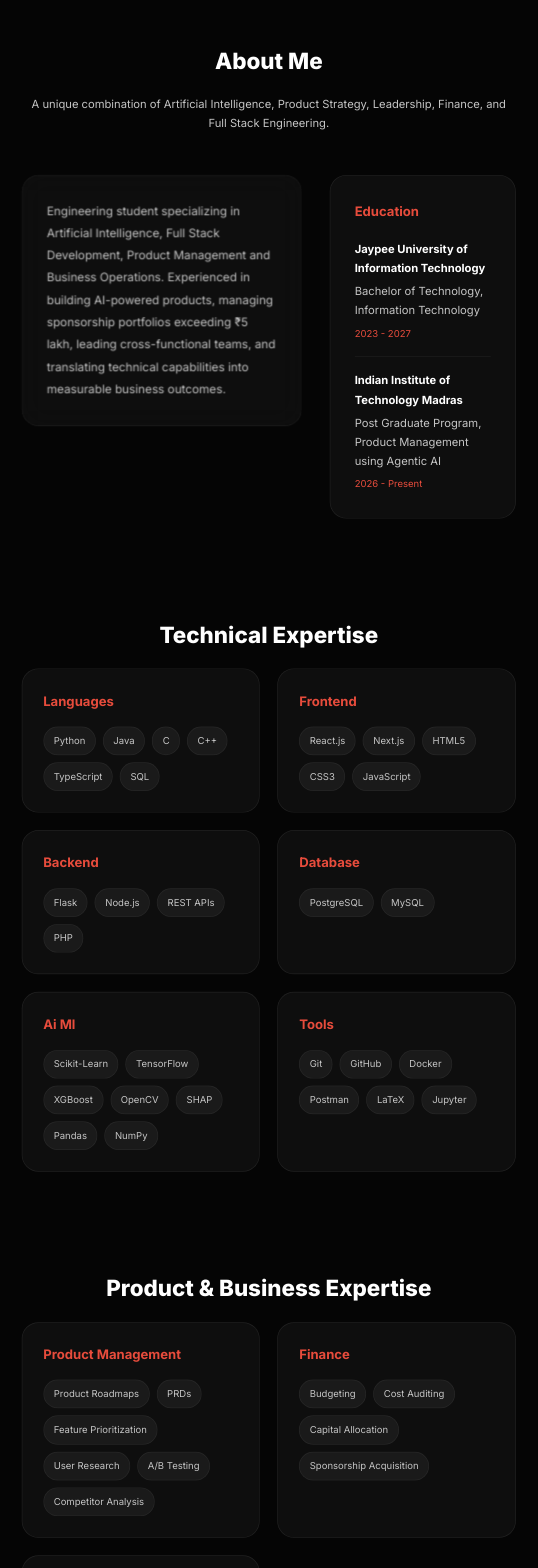
Repository: PratapOP/Official_Portfolio
Page: http://localhost/
These files come from the project's save history. The page is drawn as it stood at one moment and after the next save; the edit follows.
The browser window is 768 px wide. The pictures show the part of the page from y = 3007 to 5247 px (the page is 10088 px tall before and 10494 px after), at 70% of full size.
The page is run by PHP 8.4 with error messages shown; the project is at /var/www/html/.

Above is the page before, as saved 2026-06-08 14:28:23.

### index.php
<?php

$pageTitle = "Abhiuday Pratap Singh | AI Engineer | Product Strategist";

require_once 'includes/header.php';

$data = getPortfolio();

?>

<?php include 'includes/navbar.php'; ?>

<!-- =====================================================
 HERO SECTION
===================================================== -->

<section
    class="hero-section"
    id="home">

    <!-- Background Effects -->

    <div class="hero-grid"></div>

    <canvas
        id="particle-canvas">
    </canvas>

    <!-- Floating Glow -->

    <div class="hero-glow hero-glow-1"></div>
    <div class="hero-glow hero-glow-2"></div>

    <div class="hero-container">

        <!-- Left Content -->

        <div class="hero-content">

            <span class="hero-badge">

                AVAILABLE FOR INTERNSHIPS & OPPORTUNITIES

            </span>

            <h1 class="hero-title">

                Hi, I'm

                <span class="hero-name">
                    <?= htmlspecialchars($data['personal']['name']) ?>
                </span>

            </h1>

            <h2 class="hero-role">

                <span id="typewriter"></span>

                <span class="cursor-blink">|</span>

            </h2>

            <p class="hero-description">

                <?= htmlspecialchars($data['about']['summary']) ?>

            </p>

            <!-- CTA Buttons -->

            <div class="hero-actions">

                <a
                    href="#projects"
                    class="primary-btn">

                    Explore Projects

                </a>

                <a
                    href="#resume-hub"
                    class="secondary-btn">

                    Download Resume

                </a>

            </div>

            <!-- Social Links -->

            <div class="hero-socials">

                <a
                    href="<?= $data['socials']['github'] ?>"
                    target="_blank">

                    <i class="fab fa-github"></i>

                </a>

                <a
                    href="<?= $data['socials']['linkedin'] ?>"
                    target="_blank">

                    <i class="fab fa-linkedin"></i>

                </a>

                <a
                    href="<?= $data['socials']['leetcode'] ?>"
                    target="_blank">

                    <i class="fas fa-code"></i>

                </a>

            </div>

        </div>

        <!-- Right Side -->

        <div class="hero-image-container">

            <div class="hero-image-card">

                <img
                    src="<?= $data['personal']['profile_image'] ?>"
                    alt="<?= htmlspecialchars($data['personal']['name']) ?>"
                    class="hero-image">

            </div>

        </div>

    </div>

</section>

<!-- =====================================================
 RECRUITER VIEW SECTION
===================================================== -->

<section class="recruiter-view-section">

    <div class="section-container">

        <h2 class="section-heading">

            Choose Your View

        </h2>

        <p class="section-subheading">

            Different recruiters seek different strengths.
            Choose the perspective most relevant to you.

        </p>

        <div class="view-grid">

            <?php foreach ($data['recruiter_views'] as $key => $view): ?>

                <div
                    class="view-card"
                    data-view="<?= $key ?>">

                    <h3>

                        <?= htmlspecialchars($view['title']) ?>

                    </h3>

                    <p>

                        <?= htmlspecialchars($view['description']) ?>

                    </p>

                </div>

            <?php endforeach; ?>

        </div>

    </div>

</section>

<!-- =====================================================
 IMPACT METRICS
===================================================== -->

<section
    class="impact-preview"
    id="impact">

    <div class="section-container">

        <div class="impact-grid">

            <?php foreach ($data['hero_stats'] as $stat): ?>

                <div class="impact-card">

                    <h3>

                        <?= htmlspecialchars($stat['value']) ?>

                    </h3>

                    <p>

                        <?= htmlspecialchars($stat['label']) ?>

                    </p>

                </div>

            <?php endforeach; ?>

        </div>

    </div>

</section>

<!-- =====================================================
 ABOUT
===================================================== -->

<section id="about">

    <div class="section-container">

        <h2 class="section-heading">

            About Me

        </h2>

        <p class="section-subheading">

            A unique combination of Artificial Intelligence,
            Product Strategy, Leadership, Finance, and
            Full Stack Engineering.

        </p>

        <div class="about-grid">

            <div class="about-content">

                <p>

                    <?= htmlspecialchars(
                        $data['about']['summary']
                    ) ?>

                </p>

            </div>

            <div class="education-card">

                <h3>Education</h3>

                <?php foreach($data['education'] as $edu): ?>

                    <div class="education-item">

                        <h4>

                            <?= htmlspecialchars(
                                $edu['institution']
                            ) ?>

                        </h4>

                        <p>

                            <?= htmlspecialchars(
                                $edu['degree']
                            ) ?>

                        </p>

                        <span>

                            <?= htmlspecialchars(
                                $edu['duration']
                            ) ?>

                        </span>

                    </div>

                <?php endforeach; ?>

            </div>

        </div>

    </div>

</section>

<!-- =====================================================
 TECHNICAL SKILLS
===================================================== -->

<section id="technical-skills">

    <div class="section-container">

        <h2 class="section-heading">

            Technical Expertise

        </h2>

        <div class="skills-grid">

            <?php foreach($data['technical_skills'] as $category => $skills): ?>

                <div
                    class="skill-card recruiter-technical">

                    <h3>

                        <?= ucwords(
                            str_replace(
                                "_",
                                " ",
                                $category
                            )
                        ) ?>

                    </h3>

                    <div class="skill-tags">

                        <?php foreach($skills as $skill): ?>

                            <span>

                                <?= htmlspecialchars(
                                    $skill
                                ) ?>

                            </span>

                        <?php endforeach; ?>

                    </div>

                </div>

            <?php endforeach; ?>

        </div>

    </div>

</section>

<!-- =====================================================
 PRODUCT SKILLS
===================================================== -->

<section id="business-skills">

    <div class="section-container">

        <h2 class="section-heading">

            Product & Business Expertise

        </h2>

        <div class="skills-grid">

            <?php foreach($data['business_skills'] as $category => $skills): ?>

                <div
                    class="skill-card recruiter-product">

                    <h3>

                        <?= ucwords(
                            str_replace(
                                "_",
                                " ",
                                $category
                            )
                        ) ?>

                    </h3>

                    <div class="skill-tags">

                        <?php foreach($skills as $skill): ?>

                            <span>

                                <?= htmlspecialchars(
                                    $skill
                                ) ?>

                            </span>

                        <?php endforeach; ?>

                    </div>

                </div>

            <?php endforeach; ?>

        </div>

    </div>

</section>

<!-- =====================================================
 PROJECTS
===================================================== -->

<section id="projects">

    <div class="section-container">

        <h2 class="section-heading">

            Featured Projects

        </h2>

        <p class="section-subheading">

            Engineering products with measurable
            business and technical impact.

        </p>

        <div class="projects-grid">

            <?php foreach($data['featured_projects'] as $project): ?>

                <div class="project-card">

                    <div class="project-image">

                        <img
                            src="<?= $project['image'] ?>"
                            alt="<?= htmlspecialchars(
                                $project['title']
                            ) ?>">

                    </div>

                    <div class="project-content">

                        <span class="project-category">

                            <?= htmlspecialchars(
                                $project['category']
                            ) ?>

                        </span>

                        <h3>

                            <?= htmlspecialchars(
                                $project['title']
                            ) ?>

                        </h3>

                        <p>

                            <?= htmlspecialchars(
                                $project['description']
                            ) ?>

                        </p>

                        <a
                            href="<?= $project['github'] ?>"
                            target="_blank"
                            class="project-btn">

                            View Project

                        </a>

                    </div>

                </div>

            <?php endforeach; ?>

        </div>

    </div>

</section>

<!-- =====================================================
 LEADERSHIP
===================================================== -->

<section id="leadership">

    <div class="section-container">

        <h2 class="section-heading">

            Leadership & Impact

        </h2>

        <div class="leadership-card">

            <h3>

                <?= htmlspecialchars(
                    $data['leadership']['position']
                ) ?>

            </h3>

            <h4>

                <?= htmlspecialchars(
                    $data['leadership']['organization']
                ) ?>

            </h4>

            <span>

                <?= htmlspecialchars(
                    $data['leadership']['duration']
                ) ?>

            </span>

            <ul>

                <?php foreach(
                    $data['leadership']['highlights']
                    as $item
                ): ?>

                    <li>

                        <?= htmlspecialchars(
                            $item
                        ) ?>

                    </li>

                <?php endforeach; ?>

            </ul>

        </div>

    </div>

</section>

<!-- =====================================================
 RESUME HUB
===================================================== -->

<section id="resume-hub">

    <div class="section-container">

        <h2 class="section-heading">

            Resume Hub

        </h2>

        <div class="resume-grid">

            <?php foreach($data['resumes'] as $resume): ?>

                <a
                    href="<?= $resume['file'] ?>"
                    target="_blank"
                    class="resume-card">

                    <i class="fa-solid fa-file-pdf"></i>

                    <h3>

                        <?= htmlspecialchars(
                            $resume['title']
                        ) ?>

                    </h3>

                </a>

            <?php endforeach; ?>

        </div>

    </div>

</section>

<!-- =====================================================
 CONTACT
===================================================== -->

<section id="contact">

    <div class="section-container">

        <h2 class="section-heading">

            Let's Build Something Great

        </h2>

        <p class="section-subheading">

            Open to internships, product roles,
            AI opportunities, collaborations,
            and innovative projects.

        </p>

        <div class="contact-card">

            <h3>

                <?= htmlspecialchars(
                    $data['personal']['email']
                ) ?>

            </h3>

            <p>

                Reach out directly or connect via LinkedIn.

            </p>

            <div class="contact-actions">

                <a
                    href="mailto:<?= $data['personal']['email'] ?>"
                    class="primary-btn">

                    Send Email

                </a>

                <a
                    href="<?= $data['socials']['linkedin'] ?>"
                    target="_blank"
                    class="secondary-btn">

                    LinkedIn

                </a>

            </div>

        </div>

    </div>

</section>

<!-- =====================================================
 JS DATA FOR TYPEWRITER
===================================================== -->

<script>

const roles = [

    "AI Engineer",
    "Machine Learning Engineer",
    "Full Stack Developer",
    "Product Strategist",
    "Finance Leader"

];

</script>

<!-- Main JS -->

<script src="assets/js/main.js"></script>
<script src="assets/js/particles.js"></script>

<?php include 'includes/footer.php'; ?>

### includes/config.php
<?php

/*
|--------------------------------------------------------------------------
| Portfolio Configuration Loader
|--------------------------------------------------------------------------
| Loads portfolio.json once and makes data available globally.
|--------------------------------------------------------------------------
*/

define('ROOT_PATH', dirname(__DIR__));

$jsonFile = ROOT_PATH . '/data/portfolio.json';

if (!file_exists($jsonFile)) {
    die("portfolio.json not found.");
}

$jsonContent = file_get_contents($jsonFile);

$portfolio = json_decode($jsonContent, true);

if (!$portfolio) {
    die("Invalid JSON format in portfolio.json");
}

/*
|--------------------------------------------------------------------------
| Helper Functions
|--------------------------------------------------------------------------
*/

function asset($path)
{
    return '/' . ltrim($path, '/');
}

function getPortfolio()
{
    global $portfolio;
    return $portfolio;
}

### includes/navbar.php
<?php

require_once __DIR__ . '/config.php';

$data = getPortfolio();

?>

<nav class="navbar" id="navbar">

    <div class="navbar-container">

        <!-- Logo -->

        <a href="index.php" class="logo">
            <span class="logo-accent">A</span>PS
        </a>

        <!-- Desktop Navigation -->

        <ul class="nav-links">

            <li>
                <a href="#home">Home</a>
            </li>

            <li>
                <a href="#about">About</a>
            </li>

            <li>
                <a href="#impact">Impact</a>
            </li>

            <li>
                <a href="#projects">Projects</a>
            </li>

            <li>
                <a href="#leadership">Leadership</a>
            </li>

            <li>
                <a href="#contact">Contact</a>
            </li>

        </ul>

        <!-- Recruiter View Switcher -->

        <div class="recruiter-switcher">

            <button
                class="view-btn active"
                data-view="complete">

                Complete

            </button>

            <button
                class="view-btn"
                data-view="technical">

                Technical

            </button>

            <button
                class="view-btn"
                data-view="product">

                Product

            </button>

        </div>

        <!-- Actions -->

        <div class="nav-actions">

            <a
                href="#resume-hub"
                class="resume-btn">

                <i class="fa-solid fa-file-arrow-down"></i>
                Resume Hub

            </a>

            <a
                href="#contact"
                class="contact-btn">

                Let's Talk

            </a>

        </div>

        <!-- Mobile Menu Toggle -->

        <button
            class="mobile-toggle"
            id="mobile-toggle">

            <span></span>
            <span></span>
            <span></span>

        </button>

    </div>

</nav>

<!-- Mobile Menu -->

<div class="mobile-menu" id="mobile-menu">

    <a href="#home">Home</a>

    <a href="#about">About</a>

    <a href="#impact">Impact</a>

    <a href="#projects">Projects</a>

    <a href="#leadership">Leadership</a>

    <a href="#contact">Contact</a>

    <a href="#resume-hub">Resume Hub</a>

</div>

<!-- Scroll Progress -->

<div class="scroll-progress">
    <div
        class="scroll-progress-bar"
        id="scroll-progress-bar">
    </div>
</div>

### includes/footer.php
<?php

$data = getPortfolio();

?>

<footer class="footer">

    <div class="footer-container">

        <!-- Left -->

        <div class="footer-brand">

            <h3>

                <span class="footer-accent">A</span>PS

            </h3>

            <p>

                Building AI Products, Leading Teams,
                and Creating Impact.

            </p>

        </div>

        <!-- Center -->

        <div class="footer-links">

            <h4>Navigation</h4>

            <a href="#home">Home</a>

            <a href="#about">About</a>

            <a href="#projects">Projects</a>

            <a href="#leadership">Leadership</a>

            <a href="#contact">Contact</a>

        </div>

        <!-- Resume -->

        <div class="footer-links">

            <h4>Resume Hub</h4>

            <a href="assets/documents/Resume_AI.pdf" target="_blank">
                AI Resume
            </a>

            <a href="assets/documents/Resume_Product.pdf" target="_blank">
                Product Resume
            </a>

            <a href="assets/documents/Resume_General.pdf" target="_blank">
                General Resume
            </a>

        </div>

        <!-- Social -->

        <div class="footer-links">

            <h4>Connect</h4>

            <a
                href="<?= $data['socials']['github'] ?>"
                target="_blank">

                GitHub

            </a>

            <a
                href="<?= $data['socials']['linkedin'] ?>"
                target="_blank">

                LinkedIn

            </a>

            <a
                href="<?= $data['socials']['leetcode'] ?>"
                target="_blank">

                LeetCode

            </a>

        </div>

    </div>

    <!-- Bottom -->

    <div class="footer-bottom">

        <p>

            © <?= date('Y') ?>

            <?= htmlspecialchars($data['personal']['name']) ?>

            · All Rights Reserved

        </p>

        <p>

            Designed & Developed by APS

        </p>

    </div>

</footer>

</body>
</html>

### assets/css/responsive.css
/* =====================================================
   LARGE DISPLAYS
===================================================== */

@media (min-width: 1400px){

    .hero-title{
        font-size:6rem;
    }

    .section-heading{
        font-size:3.5rem;
    }
}

/* =====================================================
   LAPTOPS
===================================================== */

@media (max-width: 1200px){

    .hero-container{

        grid-template-columns:1fr;

        text-align:center;

        gap:60px;
    }

    .hero-content{

        align-items:center;
    }

    .hero-description{

        max-width:800px;
    }

    .hero-image-container{

        order:-1;
    }

    .impact-grid{

        grid-template-columns:repeat(2,1fr);
    }
}

/* =====================================================
   TABLETS
===================================================== */

@media (max-width: 992px){

    .navbar-container{

        justify-content:space-between;
    }

    .nav-links{

        display:none;
    }

    .recruiter-switcher{

        display:none;
    }

    .nav-actions{

        display:none;
    }

    .mobile-toggle{

        display:flex;
    }

    .view-grid{

        grid-template-columns:1fr;
    }

    .section-heading{

        font-size:2.5rem;
    }

    .hero-title{

        font-size:4rem;
    }

    .hero-role{

        font-size:1.5rem;
    }
}

/* =====================================================
   MOBILE
===================================================== */

@media (max-width: 768px){

    section{

        padding:70px 0;
    }

    .hero-section{

        min-height:auto;

        padding-top:120px;
    }

    .hero-title{

        font-size:3rem;
    }

    .hero-role{

        font-size:1.25rem;
    }

    .hero-description{

        font-size:.95rem;
    }

    .hero-actions{

        width:100%;

        flex-direction:column;
    }

    .primary-btn,
    .secondary-btn{

        width:100%;
    }

    .hero-socials{

        justify-content:center;
    }

    .hero-image-card{

        width:300px;

        height:380px;
    }

    .impact-grid{

        grid-template-columns:1fr;
    }

    .section-heading{

        font-size:2rem;
    }
}

/* =====================================================
   SMALL DEVICES
===================================================== */

@media (max-width: 480px){

    .hero-title{

        font-size:2.3rem;
    }

    .hero-role{

        font-size:1.05rem;
    }

    .hero-image-card{

        width:250px;

        height:320px;
    }

    .hero-badge{

        font-size:.7rem;
    }

    .section-heading{

        font-size:1.8rem;
    }

    .impact-card h3{

        font-size:2rem;
    }
}

/* =====================================================
   MOBILE MENU
===================================================== */

.mobile-toggle{

    display:none;

    flex-direction:column;

    gap:5px;

    background:none;

    border:none;

    cursor:pointer;
}

.mobile-toggle span{

    width:28px;

    height:3px;

    background:white;

    border-radius:10px;
}

.mobile-menu{

    position:fixed;

    top:80px;

    right:-100%;

    width:280px;

    height:calc(100vh - 80px);

    background:rgba(5,5,5,.95);

    backdrop-filter:blur(20px);

    display:flex;

    flex-direction:column;

    padding:40px;

    gap:25px;

    transition:.4s;

    z-index:999;
}

.mobile-menu.active{

    right:0;
}

.mobile-menu a{

    color:white;

    font-size:1rem;
}

Loaded but not shown: data/portfolio.json (227 lines, source omitted); assets/js/main.js (341 lines, source omitted); assets/js/particles.js (334 lines, source omitted); assets/css/style.css (1275 lines, source omitted); includes/header.php (109 lines, source omitted); assets/css/animations.css (no stored copy; drawn as an empty file)

After the next save:
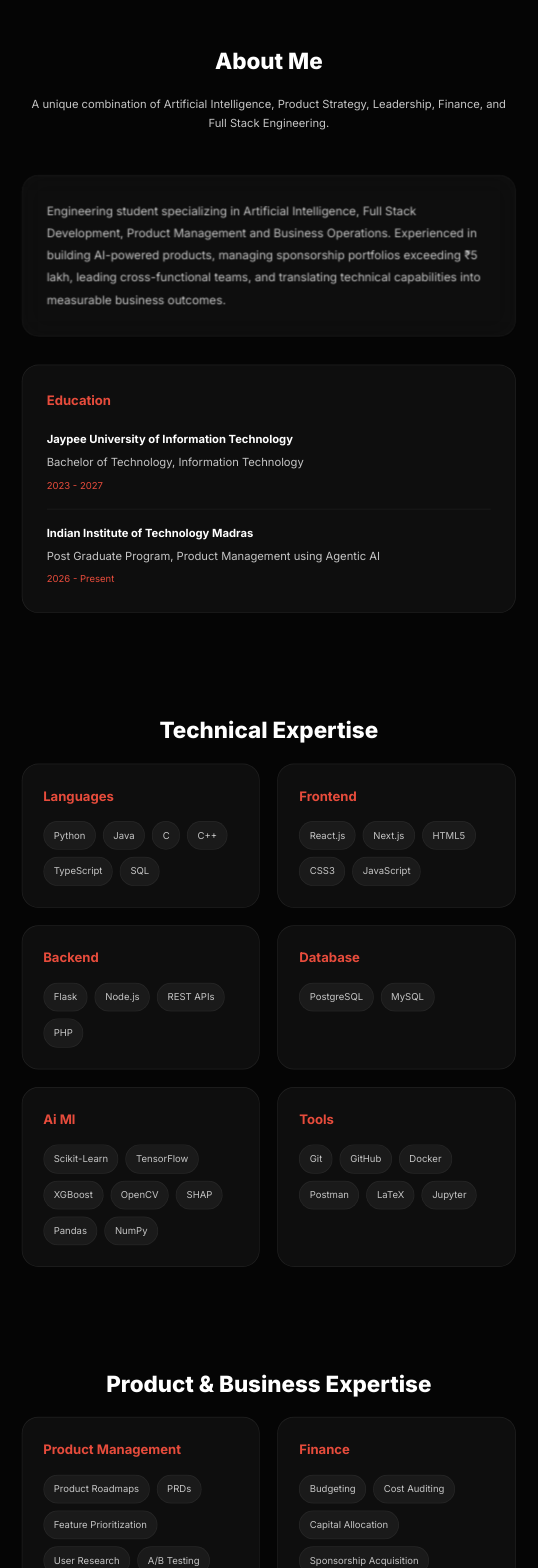
Saved 11 s later.
--- a/assets/css/responsive.css
+++ b/assets/css/responsive.css
@@ -279,3 +279,38 @@
 
     font-size:1rem;
 }
+
+/* =====================================================
+   EXTRA RESPONSIVE SECTIONS
+===================================================== */
+
+@media (max-width: 992px){
+
+    .about-grid{
+
+        grid-template-columns:1fr;
+    }
+
+    .resume-grid{
+
+        grid-template-columns:1fr;
+    }
+}
+
+@media (max-width:768px){
+
+    .projects-grid{
+
+        grid-template-columns:1fr;
+    }
+
+    .contact-card{
+
+        padding:35px 25px;
+    }
+
+    .leadership-card{
+
+        padding:30px;
+    }
+}
